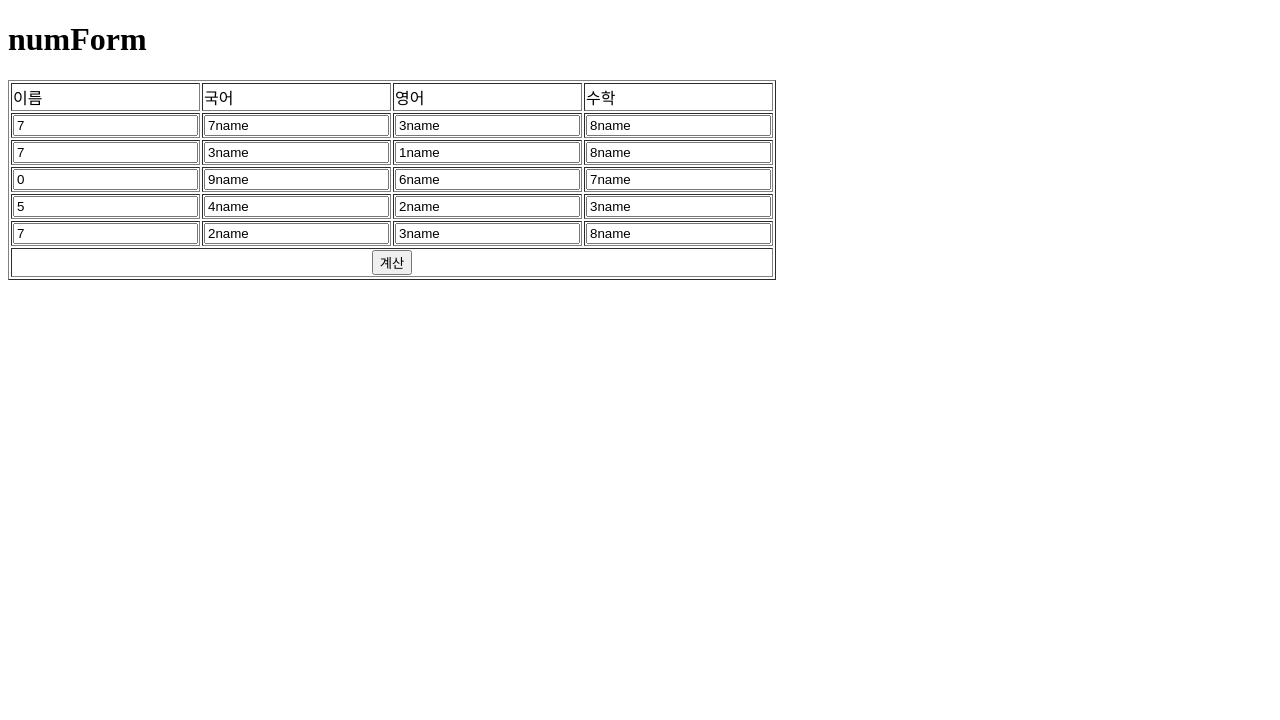
Repository: Jhoon0211/java_work
Page: http://localhost/jspProj/request/numForm2.jsp
These files come from the project's save history. The page is drawn as it stood at one moment and after the next save; the edit follows.
The browser window is 1280 px wide. The pictures show the whole page.
The page is served by Tomcat 9.

Above is the page before, as saved 2023-07-27 09:27:26.

After the next save:
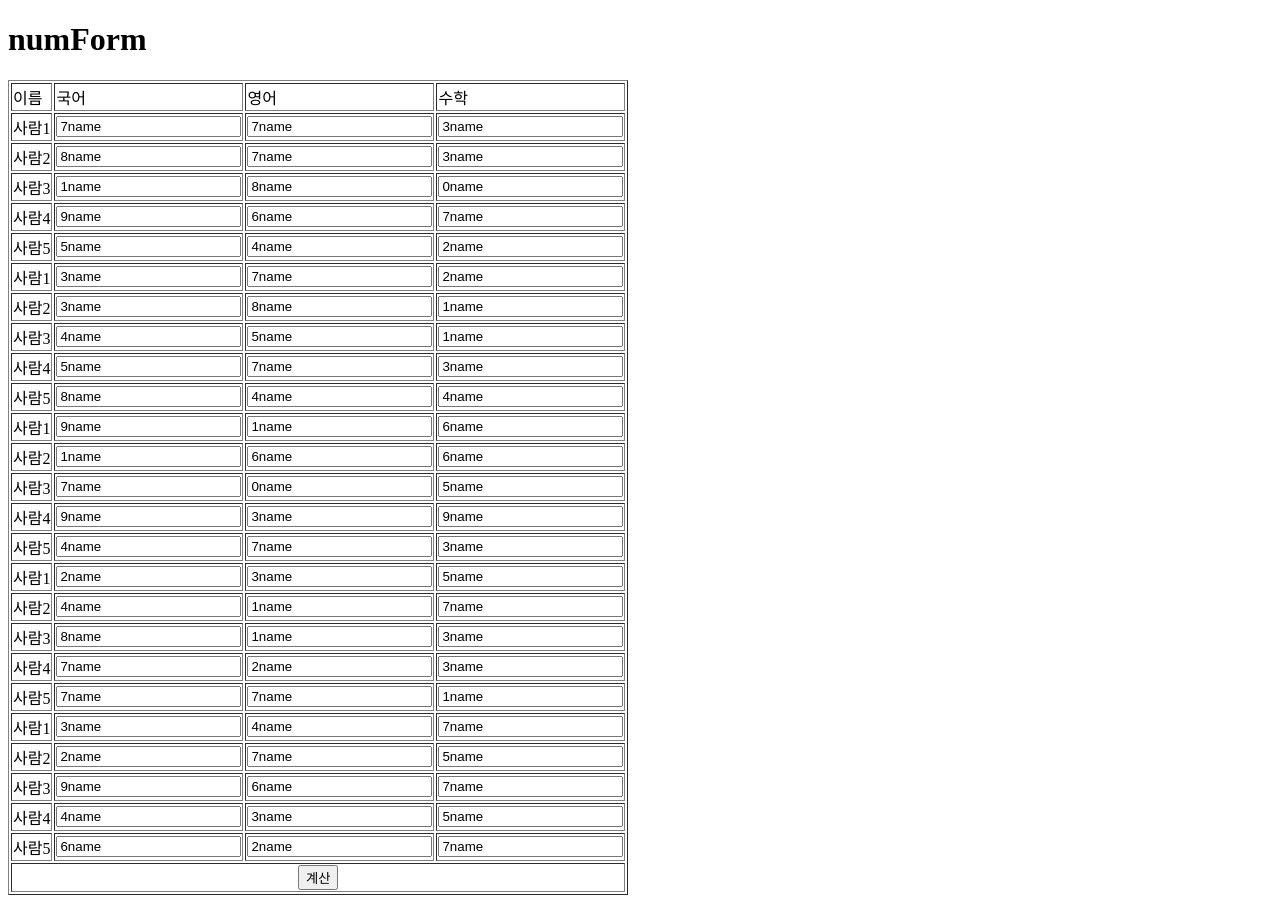
Saved 42 s later.
--- a/jspProj/src/main/webapp/request/numForm2.jsp
+++ b/jspProj/src/main/webapp/request/numForm2.jsp
@@ -45,14 +45,34 @@
 			</tr>
 			<% for(int i = 0; i<5; i++){ %>
 			<tr>
-				<td><input type="text" name="student" value="<%=(int)(Math.random()*10) %>"/></td>
-
+				<td>사람1</td>
 				<td><input type="text" name="student" value="<%=(int)(Math.random()*10) + "name" %>"/></td>
-
 				<td><input type="text" name="student" value="<%=(int)(Math.random()*10) + "name" %>"/></td>
-
 				<td><input type="text" name="student" value="<%=(int)(Math.random()*10) + "name" %>"/></td>
-
+			</tr>
+			<tr>
+				<td>사람2</td>
+				<td><input type="text" name="student" value="<%=(int)(Math.random()*10) + "name" %>"/></td>
+				<td><input type="text" name="student" value="<%=(int)(Math.random()*10) + "name" %>"/></td>
+				<td><input type="text" name="student" value="<%=(int)(Math.random()*10) + "name" %>"/></td>
+			</tr>
+			<tr>
+				<td>사람3</td>
+				<td><input type="text" name="student" value="<%=(int)(Math.random()*10) + "name" %>"/></td>
+				<td><input type="text" name="student" value="<%=(int)(Math.random()*10) + "name" %>"/></td>
+				<td><input type="text" name="student" value="<%=(int)(Math.random()*10) + "name" %>"/></td>
+			</tr>
+			<tr>
+				<td>사람4</td>
+				<td><input type="text" name="student" value="<%=(int)(Math.random()*10) + "name" %>"/></td>
+				<td><input type="text" name="student" value="<%=(int)(Math.random()*10) + "name" %>"/></td>
+				<td><input type="text" name="student" value="<%=(int)(Math.random()*10) + "name" %>"/></td>
+			</tr>
+			<tr>
+				<td>사람5</td>
+				<td><input type="text" name="student" value="<%=(int)(Math.random()*10) + "name" %>"/></td>
+				<td><input type="text" name="student" value="<%=(int)(Math.random()*10) + "name" %>"/></td>
+				<td><input type="text" name="student" value="<%=(int)(Math.random()*10) + "name" %>"/></td>
 			</tr>
 			<%} %>
 
